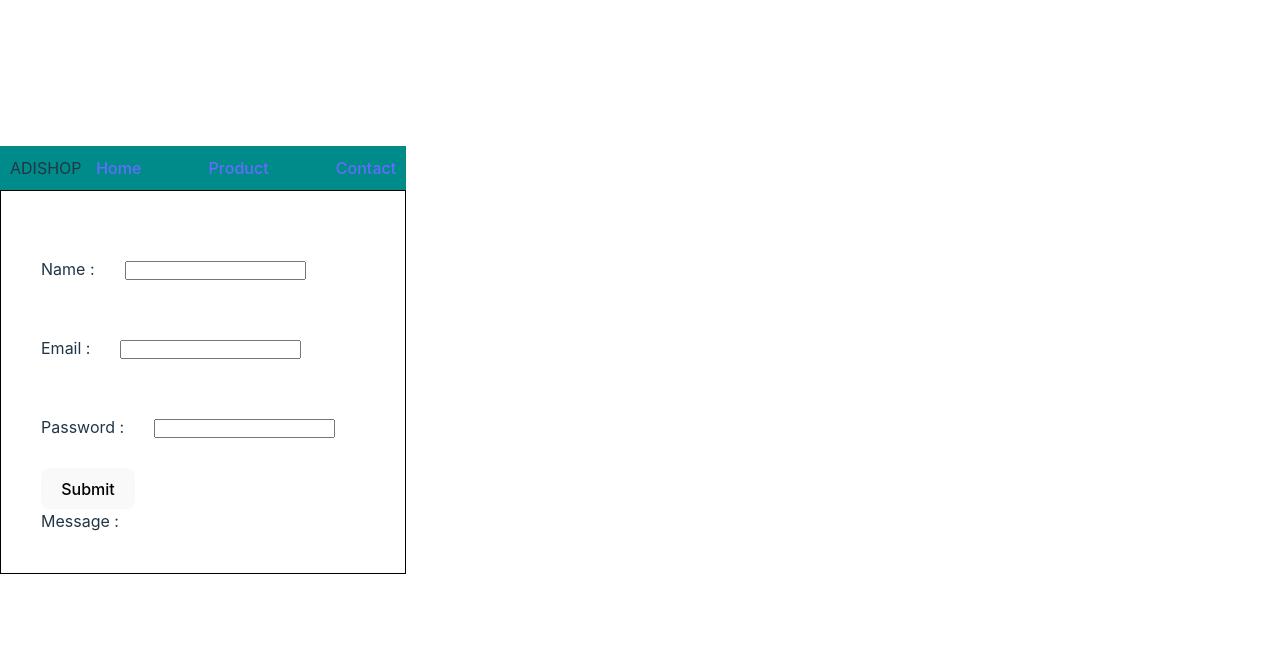
Repository: Aditya0377/React-ecommercewebsite
Page: /contact (app in ecommerce/)
These files come from the project's save history. The page is drawn as it stood at one moment and after the next save; the edit follows.
The browser window is 1280 px wide. The pictures show the whole page.
The project was rebuilt for these pictures with package versions that can differ from the ones it lists, and the page was loaded fresh each time. Also part of the build but not shown: ecommerce/vite.config.js, ecommerce/src/components/Home.jsx, ecommerce/src/components/Product.css, ecommerce/src/components/Product.jsx.

Above is the page before, as saved 2025-01-21 15:50:47.

### ecommerce/src/main.jsx
import { BrowserRouter } from 'react-router-dom'
import { createRoot } from 'react-dom/client'
import './index.css'
import App from './App.jsx'

createRoot(document.getElementById('root')).render(
  <BrowserRouter>
    <App />
  </BrowserRouter>


)

### ecommerce/src/App.jsx
import React from 'react'
import Header from './components/Header'
import { Routes, Route } from 'react-router-dom'
import Home from './components/Home'
import Product from './components/Product'
import Contact from './components/Contact'

const App = () => {
  return (
    <div>
      <Header />
      <Routes>
        <Route path='/' element={<Home />} />
        <Route path='/product' element={<Product />} />
        <Route path='/contact' element={<Contact />} />

      </Routes>
    </div>
  )
}

export default App

### ecommerce/src/components/Header.jsx
import React from 'react'
import "./Header.css"
import { Link } from "react-router-dom"
const Header = () => {
    return (
        <div className='nav'>
            <div className="logo">ADISHOP</div>
            <div className="menu">
                <ul>
                    <li>
                        <Link to='/'>Home</Link>
                    </li>
                    <li>
                        <Link to='/product'>Product</Link>
                    </li>
                    <li>
                        <Link to='/contact'>Contact</Link>

                    </li>
                </ul>
            </div>
        </div>
    )
}

export default Header

### ecommerce/src/components/Contact.jsx
import React from 'react'
import "./Contact.css"
const Contact = () => {
    return (
        <div className='paradiv'>
            <form className='contact'>
                <label>Name :</label>
                <input type='text' /><br />
                <label>Email :</label>
                <input type='email' /><br />
                <label>Password :</label>
                <input type='password' /><br />
                <button>Submit</button><br />
                <label>Message :</label>
                <div className='message'> </div>
            </form>
        </div >
    )
}

export default Contact

### ecommerce/src/components/Header.css
*{
    box-sizing: border-box;
    margin: 0px;
    padding: 0px;
}

.nav{
    padding:10px;
    display: flex;
    justify-content: space-between;
    align-items: center;
    background-color: darkcyan;
}
.menu ul {
    list-style: none;
    display: flex;
    width: 300px;
    justify-content: space-between;
}

### ecommerce/src/components/Contact.css
.contact{
    padding: 40px;
border:1px solid black;

}
.contact input{
    margin:30px;

}

Loaded but not shown: ecommerce/index.html (common file); ecommerce/src/index.css (common file); ecommerce/src/components/Home.css (no stored copy; drawn as an empty file)

After the next save:
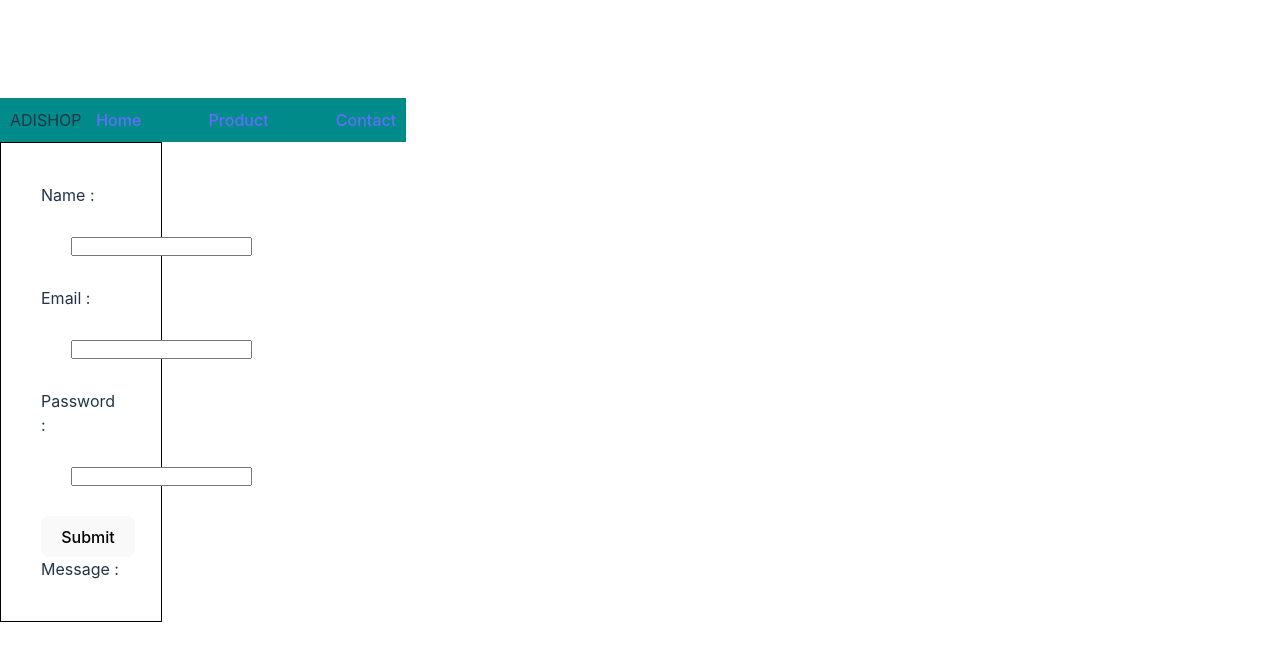
Saved 55 s later.
--- a/ecommerce/src/components/Contact.css
+++ b/ecommerce/src/components/Contact.css
@@ -1,6 +1,7 @@
 .contact{
     padding: 40px;
 border:1px solid black;
+width : 40%;
 
 }
 .contact input{
